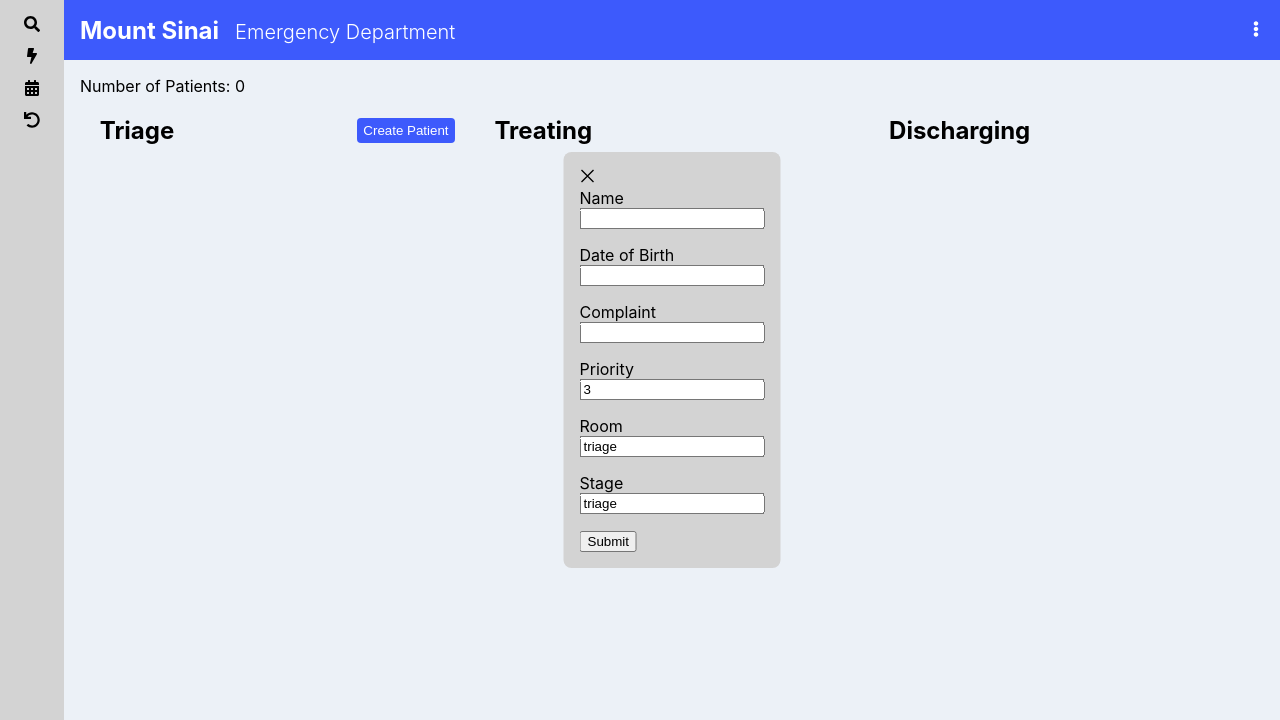
Repository: kosenijr/triage-app
Page: /, after clicking the first element matching `button.App_61351_triage-header-button`
An editor plug-in stored every save of this project. The page is shown before and after the next save, followed by the edit.
The browser window is 1280 px wide. The pictures show the whole page.
The page's requests for data from a server got no answer. The project was rebuilt for these pictures with package versions that can differ from the ones it lists, and the page was loaded fresh each time. No one was signed in, and anything a server would have sent is missing. Also part of the build but not shown: src/styles/PatientCard.module.css, src/components/PatientCard.js.

Above is the page before, as saved 2022-11-17 12:50:25.

After the next save:
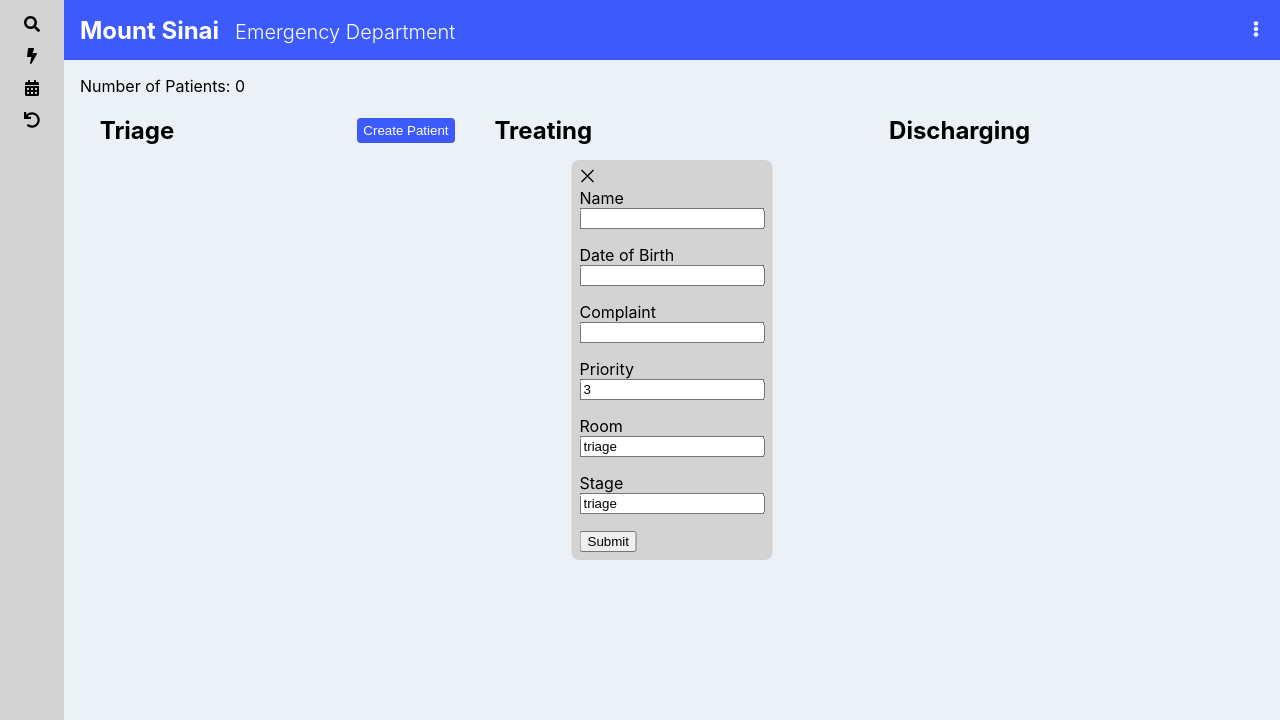
Saved 14 s later.
--- a/src/styles/Modal.module.css
+++ b/src/styles/Modal.module.css
@@ -5,7 +5,7 @@
   transform: translate(-50%, -50%);
 
   background-color: lightgray;
-  padding: 1rem;
+  padding: 0.5rem;
   border-radius: 0.5rem;
   z-index: 1;
 }
